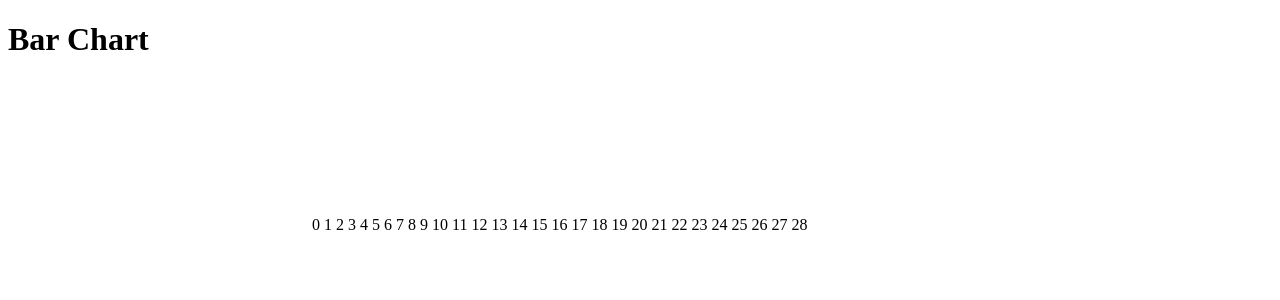
Repository: komalharjani/d3js-visualisation
Page: index.html
The author's editor kept a copy of each file at every save. The page is drawn from the files as they stood at one save, then again after the next save.
The browser window is 1280 px wide. The pictures show the whole page.

Above is the page before, as saved 2020-04-29 13:38:03.

After the next save:
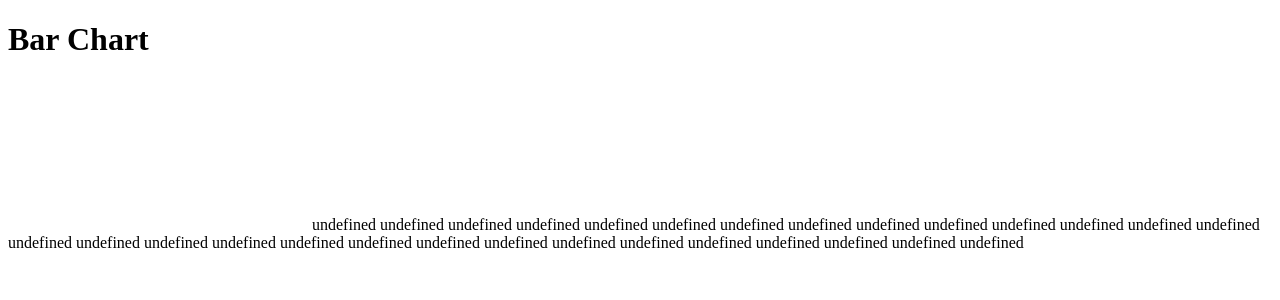
Saved 7 s later.
--- a/index.js
+++ b/index.js
@@ -50,7 +50,7 @@
                 .enter()
                 .append("span")
                 .text(function(d,i) {
-                        return d.key,i + "\n"});
+                        return i.key + "\n"});
 
                 //INSERT BAR CHART HERE
 

After the 2 saves that followed:
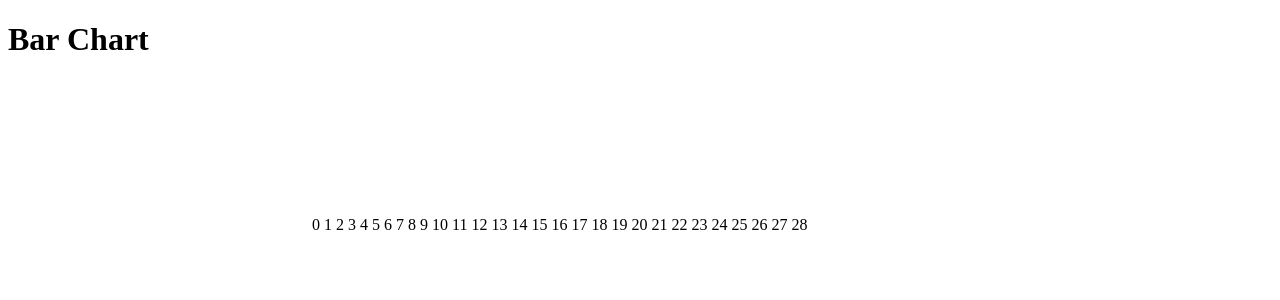
The 2 saves are shown as one change because they came seconds apart.
The last was saved 8 s later.
--- a/index.js
+++ b/index.js
@@ -50,7 +50,7 @@
                 .enter()
                 .append("span")
                 .text(function(d,i) {
-                        return i.key + "\n"});
+                        return i + "\n"});
 
                 //INSERT BAR CHART HERE
 
